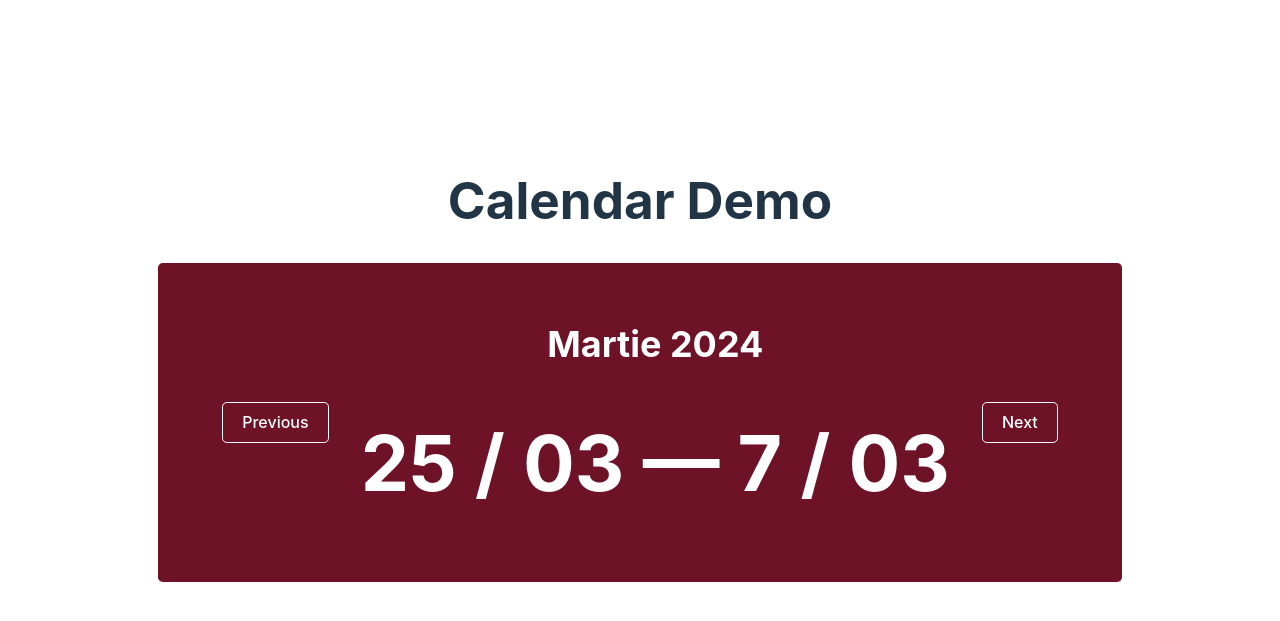
Repository: Maryie-B/weekly-calendar-scheduler
Page: /
An editor plug-in stored every save of this project. The page is shown before and after the next save, followed by the edit.
The browser window is 1280 px wide. The pictures show the whole page.
The project was rebuilt for these pictures with package versions that can differ from the ones it lists, and the page was loaded fresh each time. Also part of the build but not shown: vite.config.js.

Above is the page before, as saved 2024-03-26 13:32:03.

### src/App.jsx
import './App.css'
import Calendar from './Calendar'

function App() {

  return (
    <>
      <h1>Calendar Demo</h1>
      <div className='calendar-wrapper'>

        <Calendar />

      </div>
    </>
  )
}

export default App

### src/App.css
#root {
  max-width: 1280px;
  margin: 0 auto;
  padding: 2rem;
  text-align: center;
}

.calendar-wrapper {
  display: flex;
  justify-content: center;
  align-items: center;
  background-color: rgb(110, 18, 40);
  color: white;
  padding: 1.5rem 3rem;
  border-radius: 0.3rem;
}


.calendar-button {
  background-color: rgba(0, 0, 0, 0);
  border-color: white;
  border-radius: 0.3rem;
  color: white;
  font-size: 1rem;
  margin: 1rem;
}

.calendar-text {
  font-size: 1.5rem;
  padding: 0rem 1rem;
}

### src/Calendar.jsx
import { useState } from "react";

const Calendar = () => {
  const [currentWeekStart, setCurrentWeekStart] = useState(() => {
      const now = new Date();
      const currentDay = now.getDay();
      const untilMonday = currentDay === 0 ? 6 : currentDay - 1;
      now.setDate(now.getDate() - untilMonday);
      console.log(now, '- from initial useState');
      return now;
  });

  console.log(currentWeekStart.getDay(), '- getDay() from currentWeekStart');

  const weekEnd = new Date(currentWeekStart);
  weekEnd.setDate(currentWeekStart.getDay() + 6);

  console.log(weekEnd.getDay(), '- week end');

  const monthsNames = ['Ianuarie', 'Februarie', 'Martie', 'Aprilie',
                        'Mai', 'Iunie', 'Iulie', 'August', 'Septembrie', 'Octombrie', 'Noiembrie', 'Decembrie'];

  const monthName = monthsNames[currentWeekStart.getMonth()];
  console.log(monthName);
  let weekStartMonthNumber = currentWeekStart.getMonth() + 1;
  let weekEndMonthNumber = weekEnd.getMonth() + 1;

  weekStartMonthNumber = weekStartMonthNumber < 10 ? `0${weekStartMonthNumber}` : weekStartMonthNumber;
  weekEndMonthNumber = weekEndMonthNumber < 10 ? `0${weekEndMonthNumber}` : weekEndMonthNumber;

  const datesRange = `${currentWeekStart.getDate()} / ${weekStartMonthNumber} — ${weekEnd.getDate()} / ${weekEndMonthNumber}`;

  const year = currentWeekStart.getFullYear();

  return (
    <>
        <button className='calendar-button'>Previous</button>
        <div className="calendar-text">
        <h2>{monthName} {year}</h2>
        <h1>{datesRange}</h1>
        </div>
        <button className='calendar-button'>Next</button>
    </>
  )
}

export default Calendar

Loaded but not shown: index.html (common file); src/main.jsx (common file); src/index.css (common file)

After the next save:
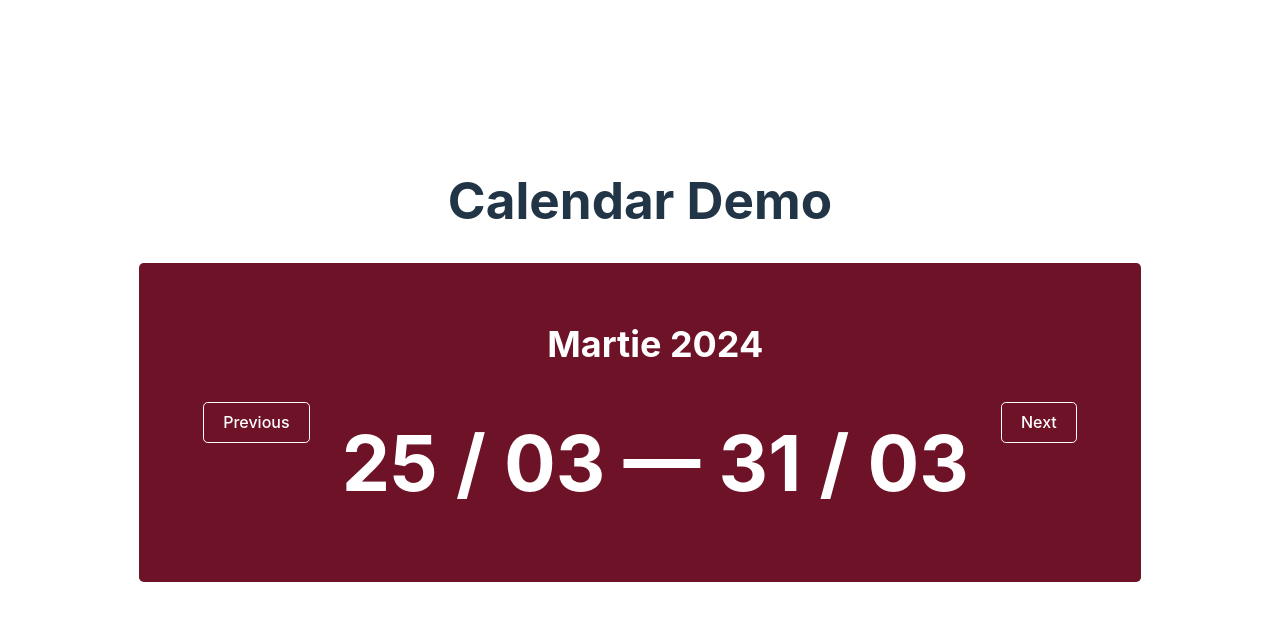
Saved 4 min 1 s later.
--- a/src/Calendar.jsx
+++ b/src/Calendar.jsx
@@ -6,14 +6,12 @@ const Calendar = () => {
       const currentDay = now.getDay();
       const untilMonday = currentDay === 0 ? 6 : currentDay - 1;
       now.setDate(now.getDate() - untilMonday);
-      console.log(now, '- from initial useState');
       return now;
   });
 
-  console.log(currentWeekStart.getDay(), '- getDay() from currentWeekStart');
 
   const weekEnd = new Date(currentWeekStart);
-  weekEnd.setDate(currentWeekStart.getDay() + 6);
+  weekEnd.setDate(currentWeekStart.getDate() + 6);
 
   console.log(weekEnd.getDay(), '- week end');
 
